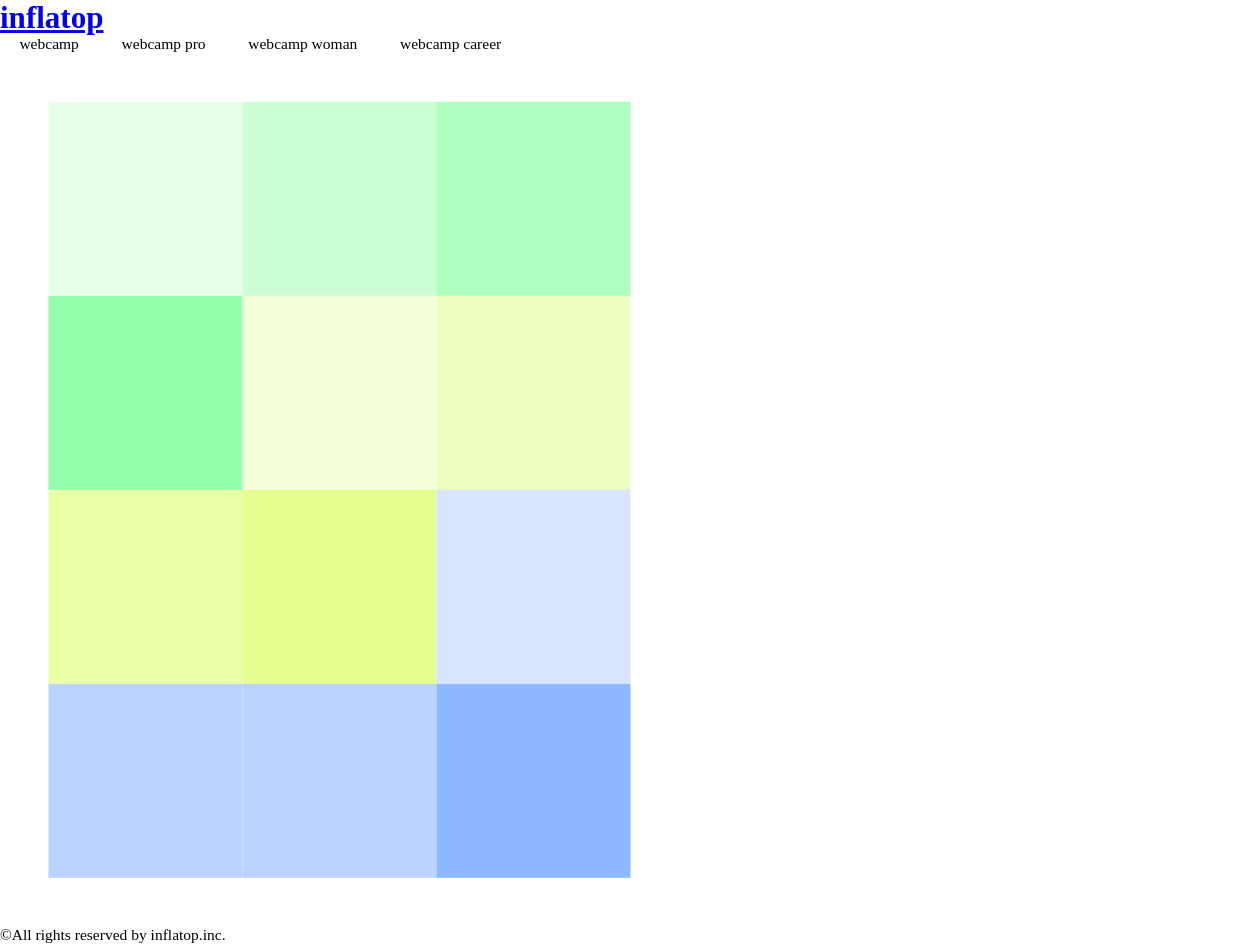
Repository: sunny0105yoko/bookers2-debug
Page: excise5/index.html
The author's editor kept a record of every edit. The page is drawn from the files as they stood at one moment, then again after the next edit.
The browser window is 1280 px wide. The pictures show the whole page, at 97% of full size.

Above is the page before.

### excise5/index.html
<!DOCTYPE html><!DOCTYPE html>
<html lang="ja">
  <head>
    <meta charset="UTF-8" />
    <link rel="stylesheet" href="style.css" />
    <title>Excise5</title>
  </head>

  <header>
    <h1 class="heading">
      <a href="https://web-camp.online/lesson/curriculums/283/contents/2682">
        inflatop
      </a>
    </h1>
    <nav>
      <ul class="nav-list">
        <li class="nav-list-item">webcamp</li>
        <li class="nav-list-item">webcamp pro</li>
        <li class="nav-list-item">webcamp woman</li>
        <li class="nav-list-item">webcamp career</li>
      </ul>
    </nav>
  </header>

  <body>
    <div class="flex">
     <div class="flex-box1"></div>
     <div class="flex-box2"></div>
     <div class="flex-box3"></div>
     <div class="flex-box4"></div>
     <div class="flex-box5"></div>
     <div class="flex-box6"></div>
     <div class="flex-box7"></div>
     <div class="flex-box8"></div>
     <div class="flex-box9"></div>
     <div class="flex-box10"></div>
     <div class="flex-box11"></div>
     <div class="flex-box12"></div>
    </div>

    <footer>
      <p class="footer-text">
        ©All rights reserved by inflatop.inc.
      </p>
    </footer>
  </body>
</html>

### excise5/style.css
*{
  margin:0;
  padding: 0;
  box-sizing:border-box;
}

headder{
  width: 100%;
  padding-top: 20px;
  padding-bottom: 20px;
  margin:0 auto;
  text-align: center;
}

.navi-list{
  text-align: center;
  padding 15px 0;
}
.nav-list-item{
  list-style: none;
  display:inline-block;
  padding: 0 20px;
}

.flex{
  display: flex;
  flex-wrap: wrap;
  width: 800px;
  padding:50px;
}

.flex-box1{
  background-color: #e6ffe9;
  width: 200px;
  height: 200px;
}
.flex-box2{
  background-color: #cbffd3;
  width: 200px;
  height: 200px;
}
.flex-box3{
  background-color: #aeffbd;
  width: 200px;
  height: 200px;
}
.flex-box4{
  background-color: #93ffab;
  width: 200px;
  height: 200px;
}
.flex-box5{
  background-color: #f3ffd8;
  width: 200px;
  height: 200px;
}
.flex-box6{
  background-color: #edffbe;
  width: 200px;
  height: 200px;
}
.flex-box7{
  background-color: #e9ffa5;
  width: 200px;
  height: 200px;
}
.flex-box8{
  background-color: #e4ff8d;
  width: 200px;
  height: 200px;
}
.flex-box9{
  background-color: #d9e5ff;
  width: 200px;
  height: 200px;
}
.flex-box10{
  background-color: #bad3ff;
  width: 200px;
  height: 200px;
}
.flex-box11{
  background-color: #bad3ff;
  width: 200px;
  height: 200px;
}
.flex-box12{
  background-color: #8eb8ff;
  width: 200px;
  height: 200px;
}

.footer{
  width: 100%;
  height: 120px;
  text-align: center;
  line-height: 120px;
  background-color: #848282;
}

After the next edit:
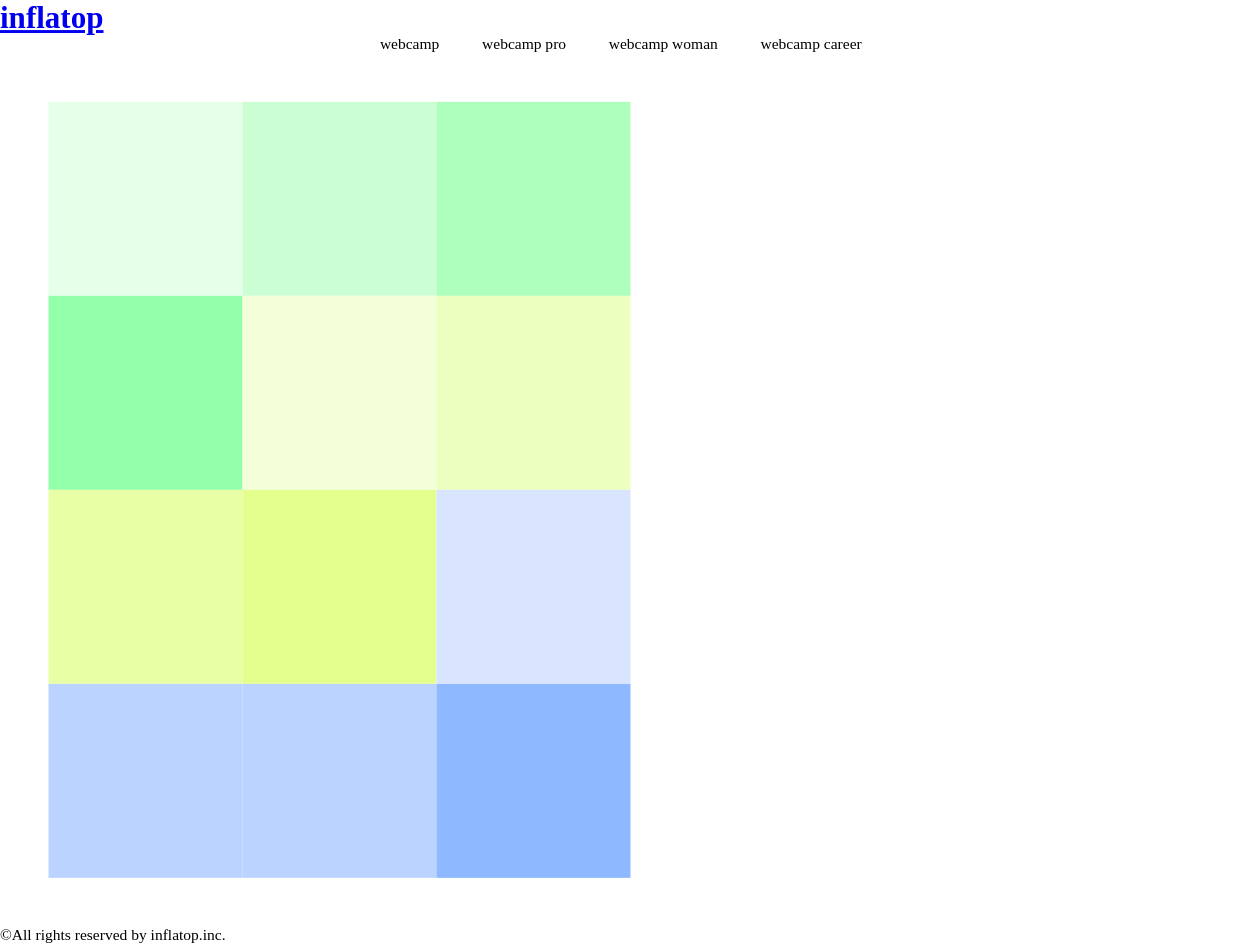
The edit:
--- a/excise5/style.css
+++ b/excise5/style.css
@@ -12,7 +12,7 @@
   text-align: center;
 }
 
-.navi-list{
+.nav-list{
   text-align: center;
   padding 15px 0;
 }
